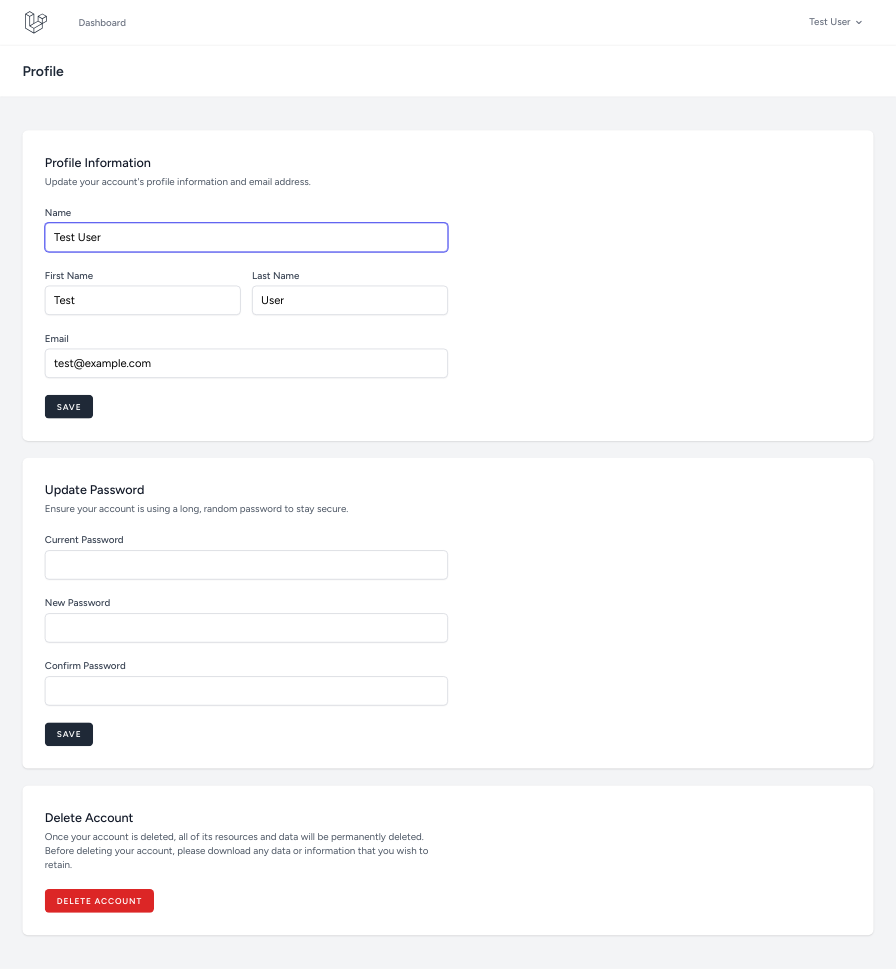
Repository: YannAlAkl/piqueou-consulting-modifie
Page: http://localhost/profile
These files come from the project's save history. The page is drawn as it stood at one moment and after the next save; the edit follows.
The browser window is 1280 px wide. The pictures show the whole page, at 70% of full size.
The page is served by the project's Laravel application, run on PHP 8.4 with Laravel 12. A made-up administrator, Test User (test@example.com), is signed in. Style sheets and scripts are compiled from the project's sources, by tool versions that may differ from the author's.

Above is the page before, as saved 2026-07-17 05:00:10.

After the next save:
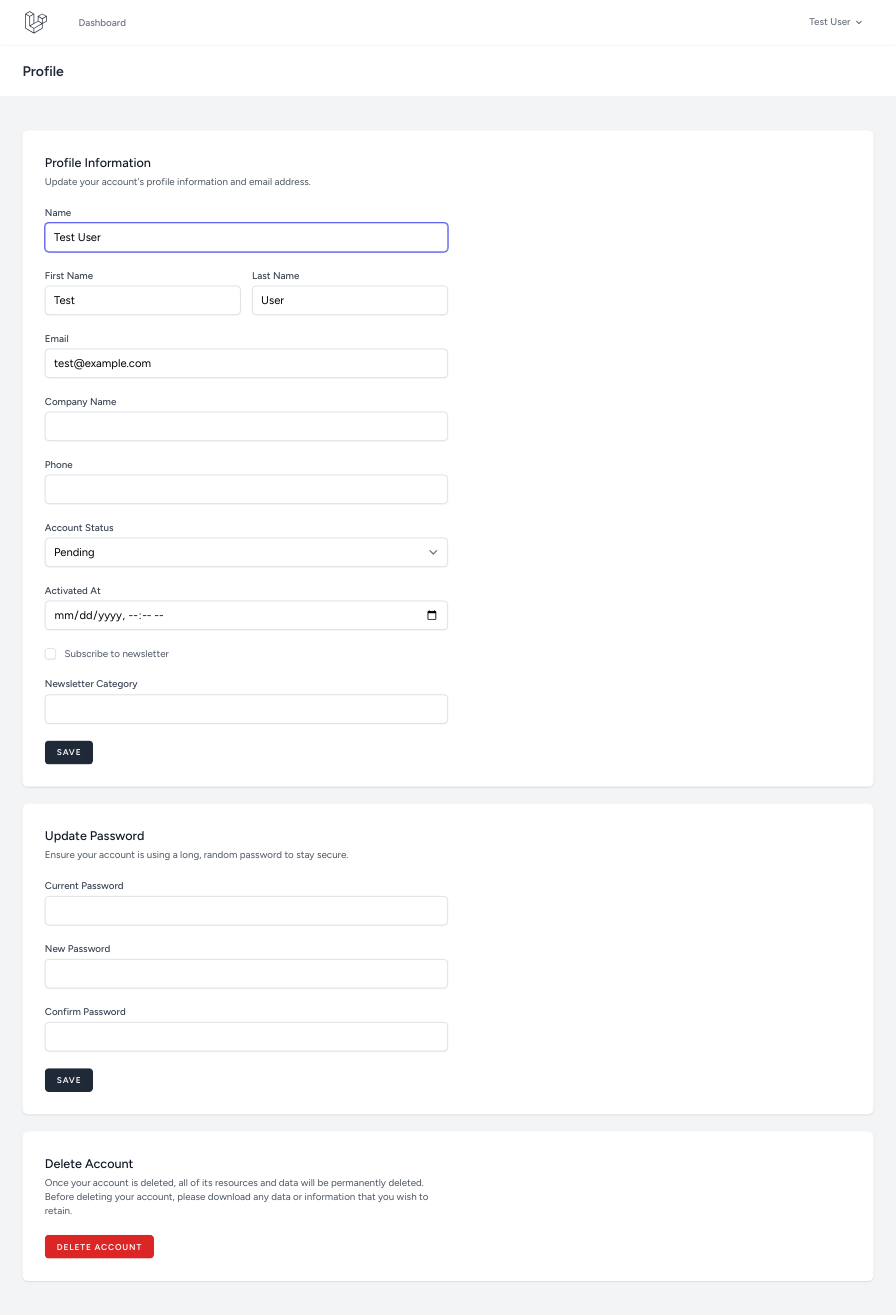
Saved 9 s later.
--- a/PFE-Backend/resources/views/profile/partials/update-profile-information-form.blade.php
+++ b/PFE-Backend/resources/views/profile/partials/update-profile-information-form.blade.php
@@ -61,6 +61,45 @@
             @endif
         </div>
 
+        <div>
+            <x-input-label for="company_name" :value="__('Company Name')" />
+            <x-text-input id="company_name" name="company_name" type="text" class="mt-1 block w-full" :value="old('company_name', $user->company_name)" />
+            <x-input-error class="mt-2" :messages="$errors->get('company_name')" />
+        </div>
+
+        <div>
+            <x-input-label for="phone" :value="__('Phone')" />
+            <x-text-input id="phone" name="phone" type="text" class="mt-1 block w-full" :value="old('phone', $user->phone)" />
+            <x-input-error class="mt-2" :messages="$errors->get('phone')" />
+        </div>
+
+        <div>
+            <x-input-label for="account_status" :value="__('Account Status')" />
+            <select id="account_status" name="account_status" class="mt-1 block w-full rounded-md border-gray-300 shadow-sm focus:border-indigo-500 focus:ring-indigo-500">
+                <option value="pending" {{ old('account_status', $user->account_status) === 'pending' ? 'selected' : '' }}>{{ __('Pending') }}</option>
+                <option value="active" {{ old('account_status', $user->account_status) === 'active' ? 'selected' : '' }}>{{ __('Active') }}</option>
+                <option value="inactive" {{ old('account_status', $user->account_status) === 'inactive' ? 'selected' : '' }}>{{ __('Inactive') }}</option>
+            </select>
+            <x-input-error class="mt-2" :messages="$errors->get('account_status')" />
+        </div>
+
+        <div>
+            <x-input-label for="activated_at" :value="__('Activated At')" />
+            <x-text-input id="activated_at" name="activated_at" type="datetime-local" class="mt-1 block w-full" :value="old('activated_at', optional($user->activated_at)->format('Y-m-d\TH:i'))" />
+            <x-input-error class="mt-2" :messages="$errors->get('activated_at')" />
+        </div>
+
+        <div class="flex items-center gap-3">
+            <input id="wants_newsletter" type="checkbox" name="wants_newsletter" value="1" class="rounded border-gray-300 text-indigo-600 shadow-sm focus:ring-indigo-500" {{ old('wants_newsletter', $user->wants_newsletter) ? 'checked' : '' }}>
+            <label for="wants_newsletter" class="text-sm text-gray-600">{{ __('Subscribe to newsletter') }}</label>
+        </div>
+
+        <div>
+            <x-input-label for="newsletter_category" :value="__('Newsletter Category')" />
+            <x-text-input id="newsletter_category" name="newsletter_category" type="text" class="mt-1 block w-full" :value="old('newsletter_category', $user->newsletter_category)" />
+            <x-input-error class="mt-2" :messages="$errors->get('newsletter_category')" />
+        </div>
+
         <div class="flex items-center gap-4">
             <x-primary-button>{{ __('Save') }}</x-primary-button>
 
